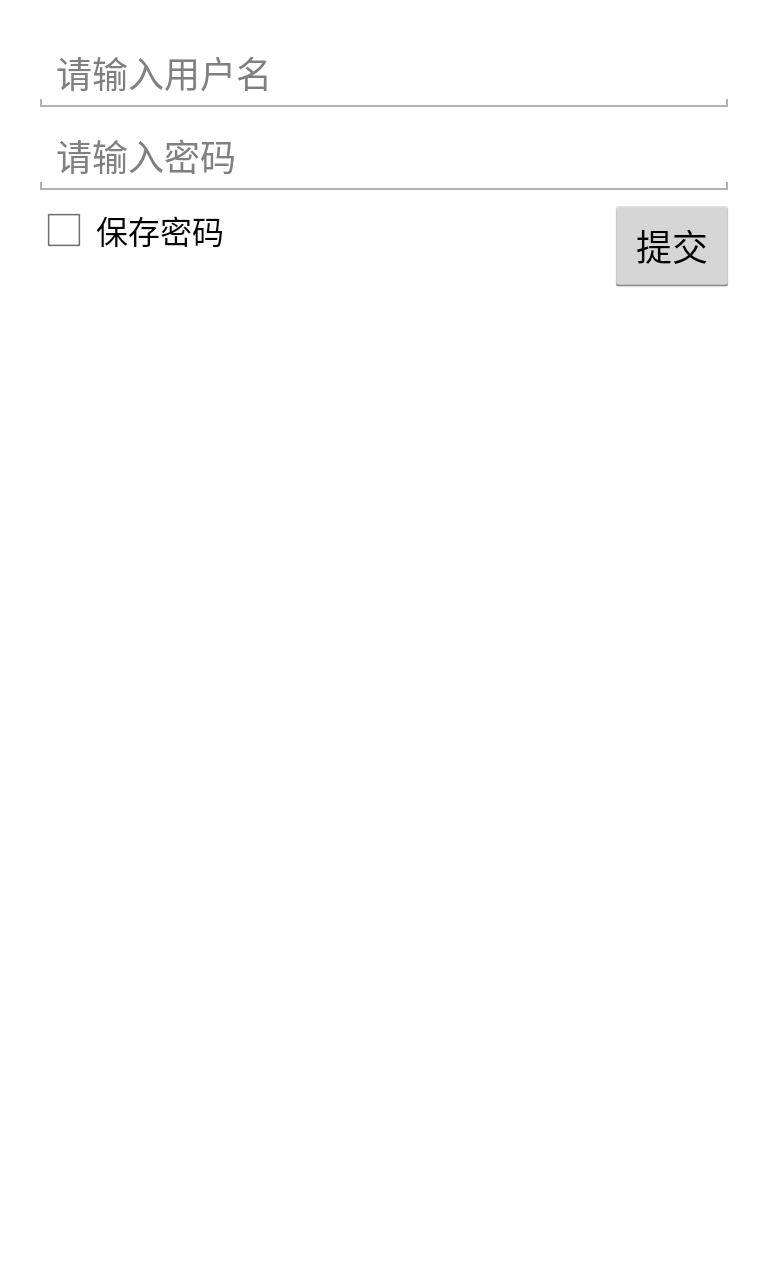
Repository: qwer2714856/Android_learn
Layout: cp_neibucunzhu/res/layout/activity_main.xml
An editor plug-in stored every save of this project. The layout is shown before and after the next save, followed by the edit.
It is drawn on a 768 x 1280 px phone screen (xhdpi) without system bars, with theme AppTheme; the app's code is not run.

Above is the layout before, as saved 2015-10-09 12:43:48.

### cp_neibucunzhu/res/layout/activity_main.xml
<LinearLayout xmlns:android="http://schemas.android.com/apk/res/android"
    xmlns:tools="http://schemas.android.com/tools"
    android:layout_width="match_parent"
    android:layout_height="match_parent"
    android:paddingBottom="@dimen/activity_vertical_margin"
    android:paddingLeft="@dimen/activity_horizontal_margin"
    android:paddingRight="@dimen/activity_horizontal_margin"
    android:paddingTop="@dimen/activity_vertical_margin"
    tools:context="com.theadventus.neibucunzhu.MainActivity"
    android:orientation="vertical"
    >

    <EditText
        android:layout_width="match_parent"
        android:layout_height="wrap_content"
        android:hint="请输入用户名" />

    <EditText
        android:layout_width="match_parent"
        android:layout_height="wrap_content"
        android:hint="请输入密码" />

    <RelativeLayout
        android:layout_width="wrap_content"
		android:layout_height="wrap_content"
        >
        <CheckBox
            android:layout_width="wrap_content"
            android:layout_height="wrap_content"
            android:text="保存密码"

            />
        <Button
            android:layout_width="wrap_content"
            android:layout_height="wrap_content"
            android:text="提交"
            android:layout_alignParentRight="true"
            />
    </RelativeLayout>

</LinearLayout>

Loaded but not shown: cp_neibucunzhu/res/values/styles.xml (common file); cp_neibucunzhu/res/values-v11/styles.xml (common file); cp_neibucunzhu/res/values-v14/styles.xml (common file); cp_neibucunzhu/res/values/dimens.xml (common file); cp_neibucunzhu/res/values-w820dp/dimens.xml (common file)

After the next save:
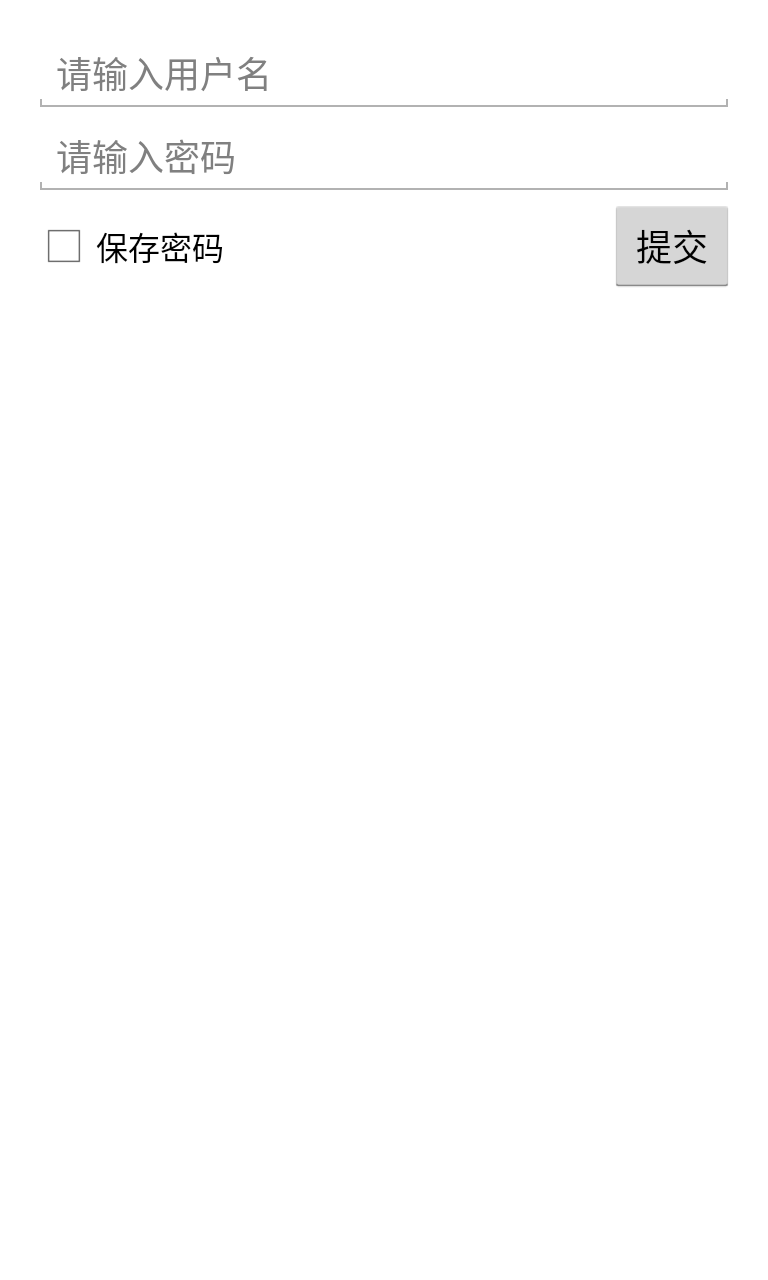
Saved 4 min 29 s later.
--- a/cp_neibucunzhu/res/layout/activity_main.xml
+++ b/cp_neibucunzhu/res/layout/activity_main.xml
@@ -28,7 +28,7 @@
             android:layout_width="wrap_content"
             android:layout_height="wrap_content"
             android:text="保存密码"
-
+            android:layout_centerVertical="true"
             />
         <Button
             android:layout_width="wrap_content"
